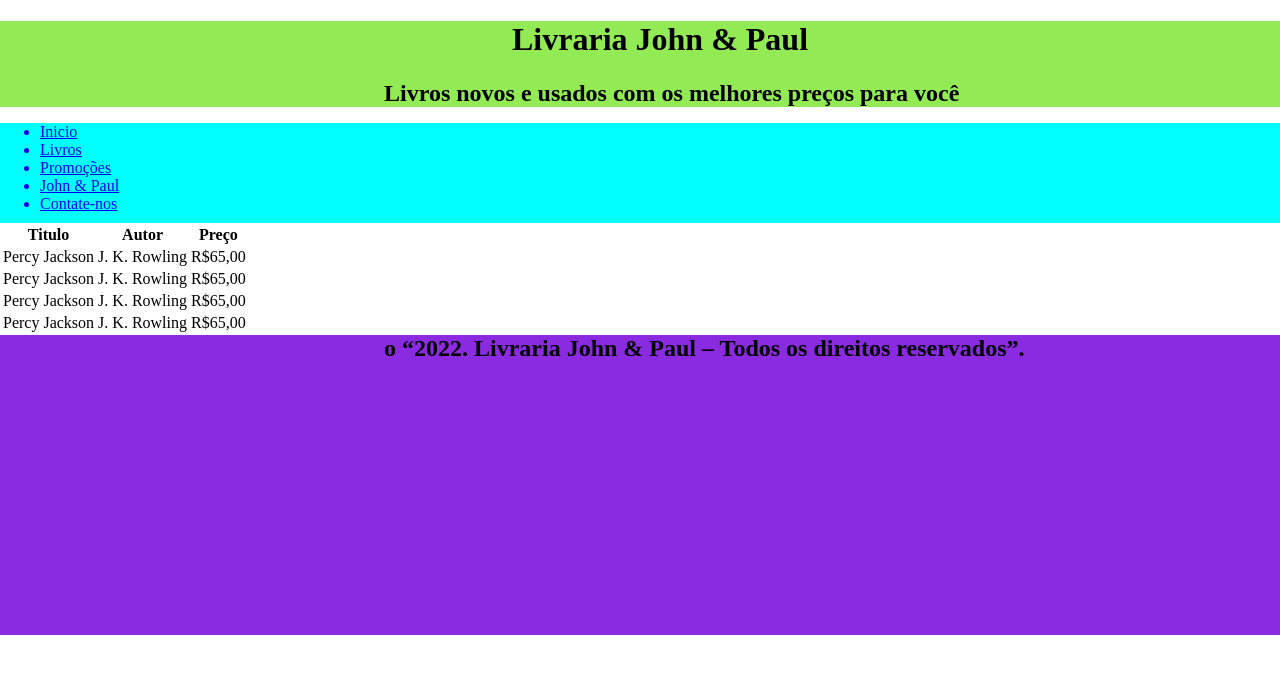
Repository: MarcoantonioCaldeira/Aprendizados-e-Conhecimentos
Page: Projeto-livraria/pages/produtos.html
The author's editor kept a copy of each file at every save. The page is drawn from the files as they stood at one save, then again after the next save.
The browser window is 1280 px wide. The pictures show the whole page.

Above is the page before, as saved 2022-05-25 13:49:30.

After the next save:
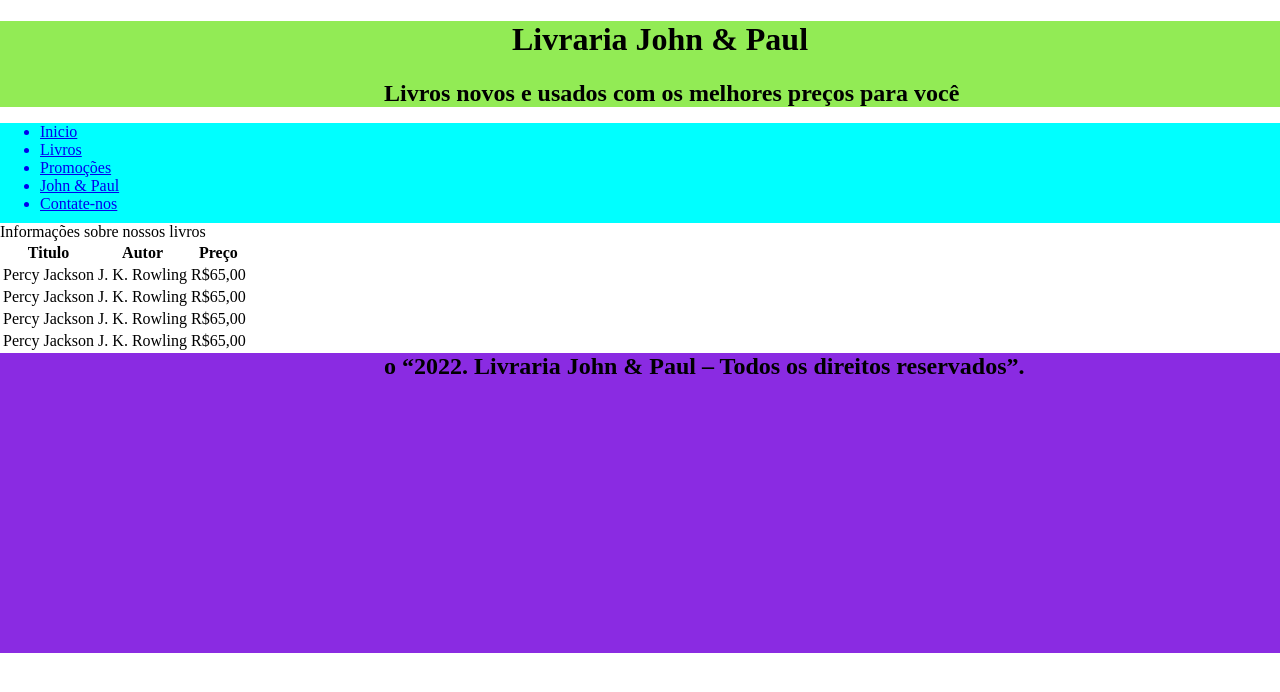
Saved 119 s later.
--- a/Projeto-livraria/pages/produtos.html
+++ b/Projeto-livraria/pages/produtos.html
@@ -24,6 +24,7 @@
         <div class="Sobre">
 
           <tbody>
+            <caption>Informações sobre nossos livros</caption>
             <table>
               <tr>
                 <th>Titulo</th>
